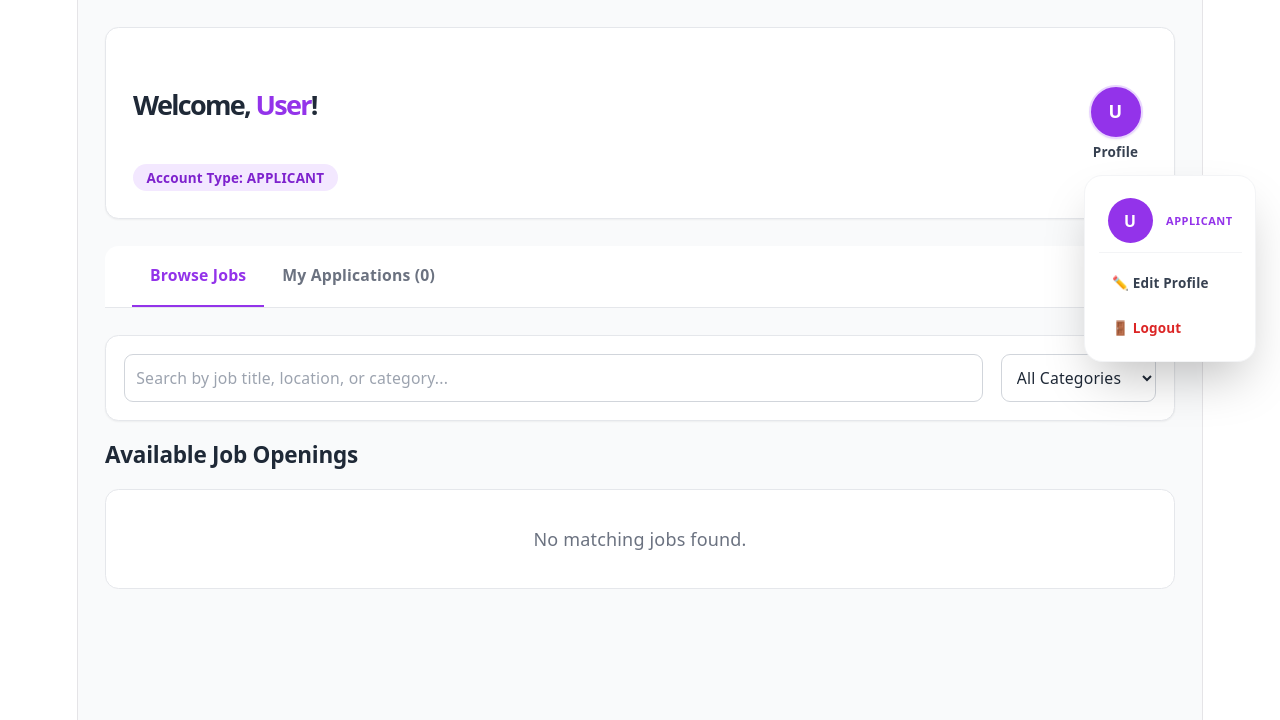
Repository: mdkawsarjomadder/job-portal
Page: /dashboard (app in job-portal/frontend/), after clicking the first element matching `button.flex`
An editor plug-in stored every save of this project. The page is shown before and after the next save, followed by the edit.
The browser window is 1280 px wide. The pictures show the whole page.
The page's requests for data from a server got no answer. The project was rebuilt for these pictures with package versions that can differ from the ones it lists, and the page was loaded fresh each time. No one was signed in, and anything a server would have sent is missing. Also part of the build but not shown: job-portal/frontend/vite.config.js, job-portal/frontend/src/pages/Login.jsx, job-portal/frontend/src/pages/Register.jsx, job-portal/frontend/src/pages/EmployerDashboard.jsx, job-portal/frontend/src/pages/MyApplications.jsx, job-portal/frontend/src/pages/CreateJob.jsx, job-portal/frontend/src/pages/Home.jsx. Imported but missing from the stored project, and not drawn on this page: job-portal/frontend/src/pages/Profile.

Above is the page before, as saved 2026-09-18 21:29:09.

After the next save:
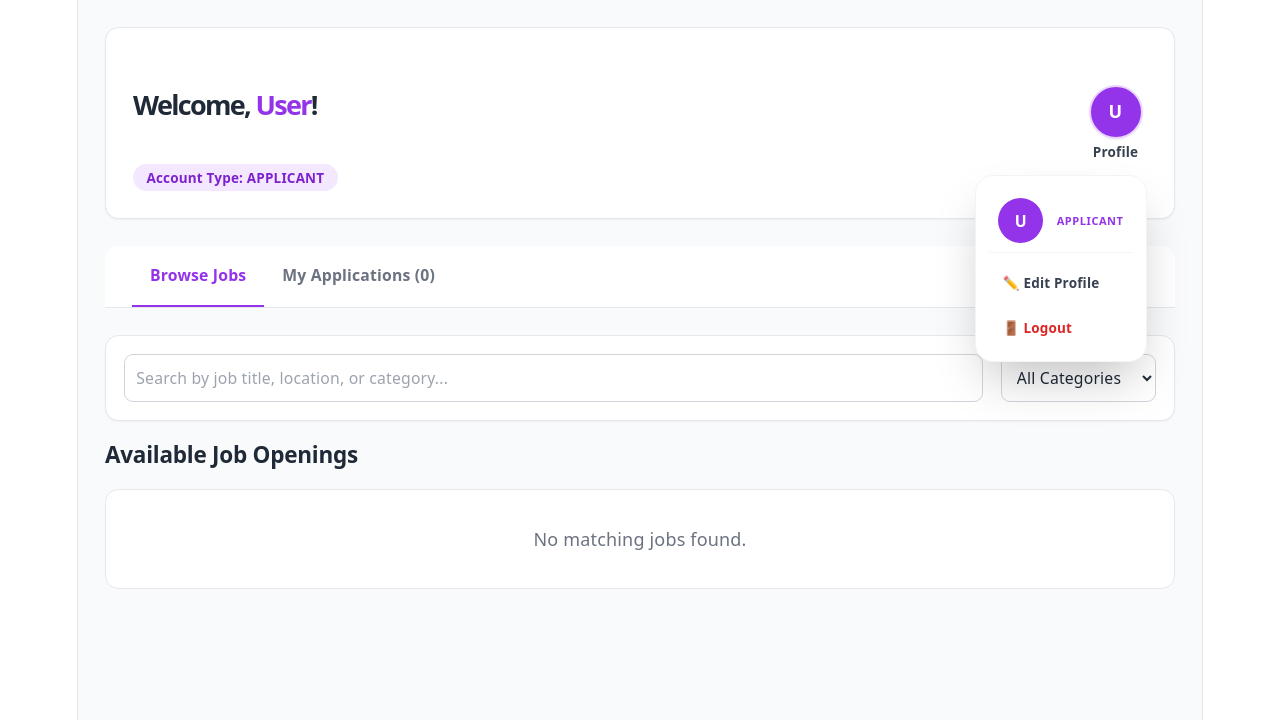
Saved 41 s later.
--- a/job-portal/frontend/src/pages/ApplicantDashboard.jsx
+++ b/job-portal/frontend/src/pages/ApplicantDashboard.jsx
@@ -228,7 +228,7 @@
 
             {/* Dropdown Menu - Position Fixed to Align Correctly */}
             {isDropdownOpen && (
-              <div className="absolute  mt-2 w-50 bg-white rounded-2xl shadow-2xl border border-gray-100 p-3 z-50 transform origin-top-right transition-all">
+              <div className="absolute right-0 mt-2 w-50 bg-white rounded-2xl shadow-2xl border border-gray-100 p-3 z-50 transform origin-top-right transition-all">
                 {/* Header User Details */}
                 <div className="flex items-center gap-3 p-2 border-b border-gray-100 mb-2">
                   <div className="w-10 h-10 rounded-full bg-purple-600 text-white font-bold text-sm flex items-center justify-center overflow-hidden shrink-0">

After the save that followed:
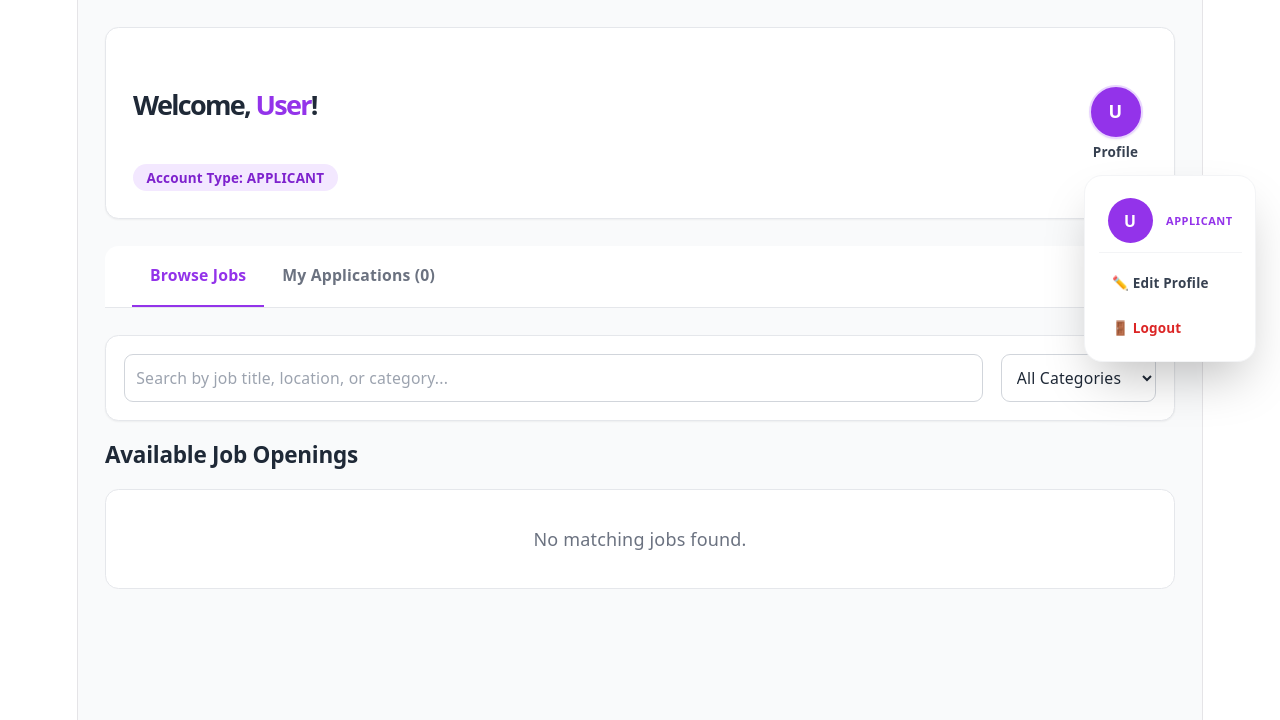
Saved 5 s later.
--- a/job-portal/frontend/src/pages/ApplicantDashboard.jsx
+++ b/job-portal/frontend/src/pages/ApplicantDashboard.jsx
@@ -228,7 +228,7 @@
 
             {/* Dropdown Menu - Position Fixed to Align Correctly */}
             {isDropdownOpen && (
-              <div className="absolute right-0 mt-2 w-50 bg-white rounded-2xl shadow-2xl border border-gray-100 p-3 z-50 transform origin-top-right transition-all">
+              <div className="absolute right-0.4 mt-2 w-50 bg-white rounded-2xl shadow-2xl border border-gray-100 p-3 z-50 transform origin-top-right transition-all">
                 {/* Header User Details */}
                 <div className="flex items-center gap-3 p-2 border-b border-gray-100 mb-2">
                   <div className="w-10 h-10 rounded-full bg-purple-600 text-white font-bold text-sm flex items-center justify-center overflow-hidden shrink-0">
